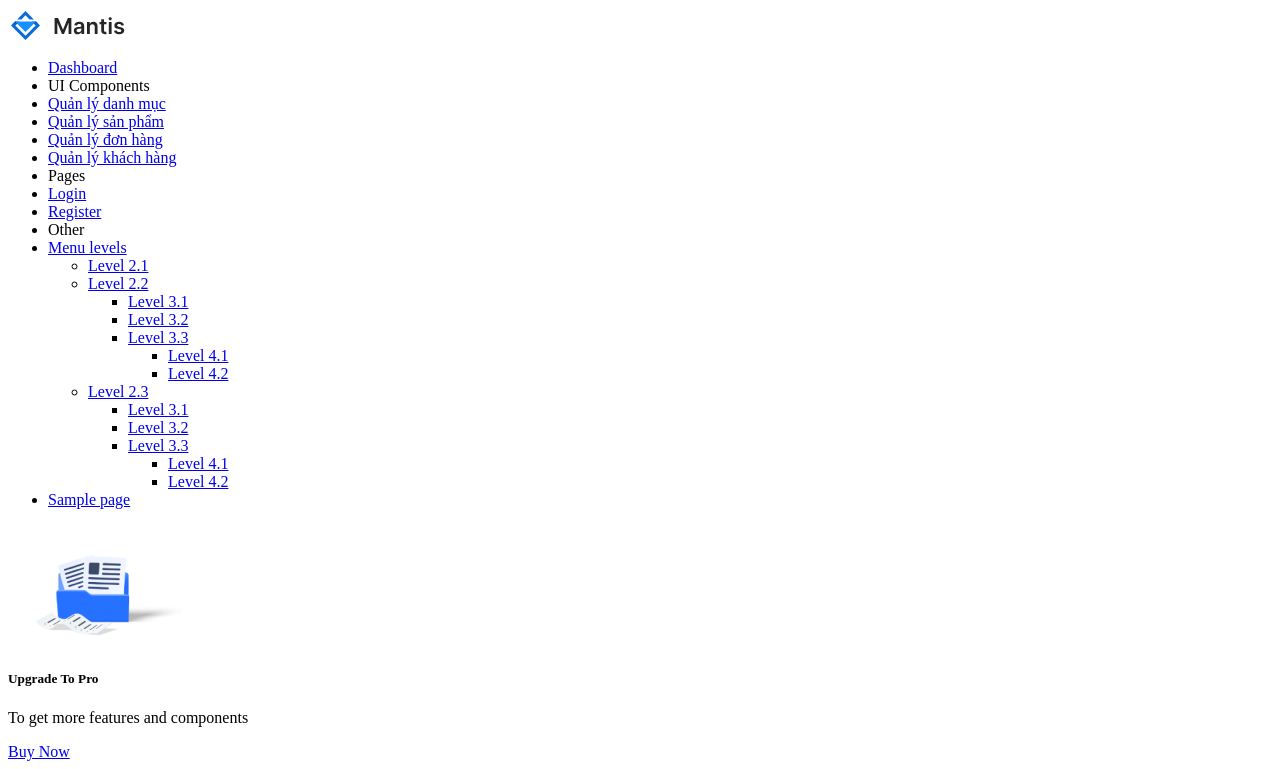
Repository: DucDMinh/LTWebJava_Nhom10
Page: http://localhost/admin/fragments/sidebar
An editor plug-in stored every save of this project. The page is shown before and after the next save, followed by the edit.
The browser window is 1280 px wide. The pictures show the whole page.
The page is this project's Thymeleaf template; nobody is signed in. The template is opened directly, without the code that normally fills it, so the values that code supplies are empty.

Above is the page before, as saved 2025-10-20 00:39:41.

After the next save:
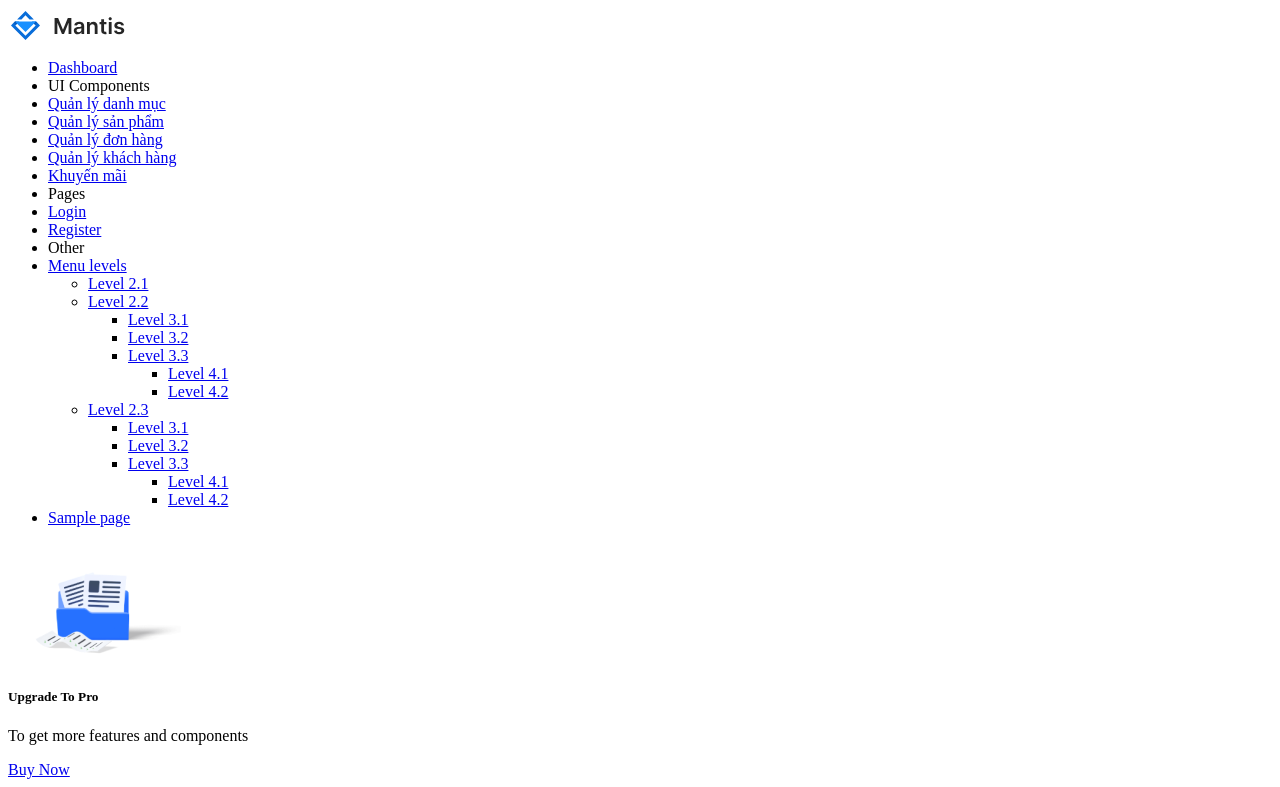
Saved 2 min 22 s later.
--- a/nhom10/src/main/resources/templates/admin/fragments/sidebar.html
+++ b/nhom10/src/main/resources/templates/admin/fragments/sidebar.html
@@ -32,6 +32,10 @@
 				<li class="pc-item"><a href="admin/category" class="pc-link">
 						<span class="pc-micon"><i class="ti ti-bookmarks"></i></span> <span
 						class="pc-mtext">Quản lý khách hàng</span>
+				</a></li>
+				<li class="pc-item"><a href="admin/category" class="pc-link">
+						<span class="pc-micon"><i class="ti ti-bookmarks"></i></span> <span
+						class="pc-mtext">Khuyến mãi</span>
 				</a></li>
 
 
